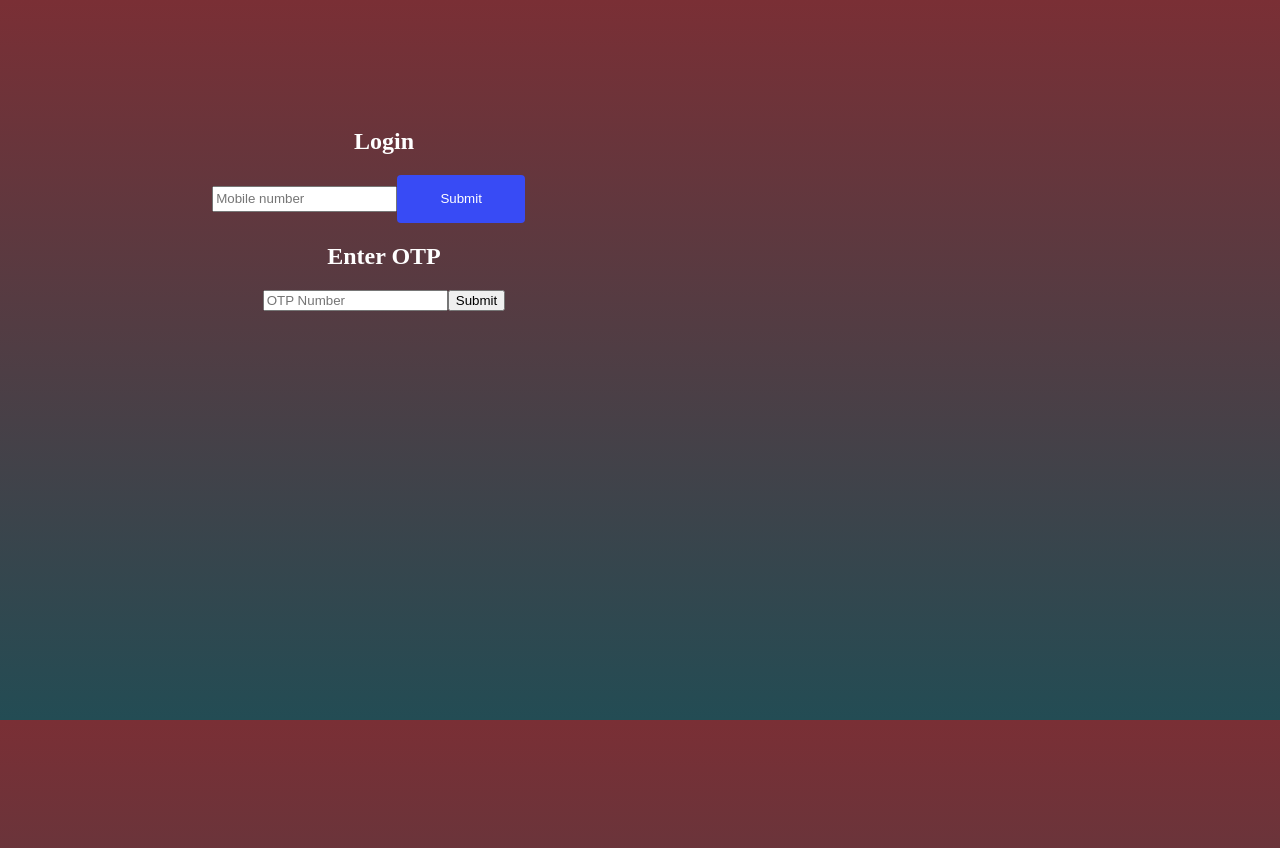
Repository: jagan607/N-Kalari
Page: /
An editor plug-in stored every save of this project. The page is shown before and after the next save, followed by the edit.
The browser window is 1280 px wide. The pictures show the whole page.
The project was rebuilt for these pictures with package versions that can differ from the ones it lists, and the page was loaded fresh each time. Also part of the build but not shown: src/App.css, src/services/user.service.js, src/actions/user.action.js, src/components/wallet/Wallet.js. Imported but missing from the stored project, and not drawn on this page: src/constants/user.constants, src/reducers/rootReducer.

Above is the page before, as saved 2022-01-08 16:29:02.

### src/index.css
body,
html,
.App,
#root,
.main {
  width: 100%;
  height:100%;
  scroll-behavior: smooth;

}
body{
    margin: 0;
    padding: 0;
    text-align: center;
    background-image: linear-gradient(#7A2F35, #234C54);
  }

### src/App.js
import logo from './logo.svg';
import './App.css';
import React, { Component } from "react"
import Login from './components/Login/Login'
import {Wallet} from './components/wallet/Wallet'
import {history} from './helpers/history'
import {Router, Route, Routes } from "react-router-dom";


class App extends Component {
  constructor(props) {
    super(props);
  }

  render() {
    return(
      <div>
        <Login></Login>

        {/* <Wallet></Wallet> */}

          {/* <Route exact path="/">
          </Route> */}
          {/* <Route exact path="/wallet">
            <Wallet/>
          </Route> */}
     </div>
    );
}
}

export default App;

### src/helpers/store.js
import { createStore, applyMiddleware, compose } from "redux";
import thunkMiddleware from "redux-thunk";
import { createLogger } from "redux-logger";
import rootReducer from "./../reducers/rootReducer";


const composeEnhancers = window.__REDUX_DEVTOOLS_EXTENSION_COMPOSE__ || compose;

const loggerMiddleware = createLogger();

export const store = createStore(
  rootReducer,
  composeEnhancers(applyMiddleware(thunkMiddleware, loggerMiddleware))
);

### src/components/Login/Login.js
import { render } from "@testing-library/react";
import React, { Component } from "react"
import {Wallet} from "../wallet/Wallet";
import firebase from './../../helpers/firebase'
import {history} from './../../helpers/history'
import styles from './index.css';

class Login extends Component{
    constructor(props){
        super(props);

    }


handleChange = (e) =>{
    const {name, value } = e.target
    this.setState({
        [name]: value
      })
  }
  configureCaptcha = () =>{
    window.recaptchaVerifier = new firebase.auth.RecaptchaVerifier('sign-in-button', {
      'size': 'invisible',
      'callback': (response) => {

        this.onSignInSubmit();
        console.log("Recaptca varified")
      },
      defaultCountry: "IN"
    });
  }
  onSignInSubmit = (e) => {
    e.preventDefault()
    this.configureCaptcha()
    const phoneNumber = "+91" + this.state.mobile
    console.log(phoneNumber)
    const appVerifier = window.recaptchaVerifier;
    firebase.auth().signInWithPhoneNumber(phoneNumber, appVerifier)
        .then((confirmationResult) => {

          window.confirmationResult = confirmationResult;
          console.log("OTP has been sent")

        }).catch((error) => {

          console.log("SMS not sent")
        });
  }
  onSubmitOTP = (e) =>{
    e.preventDefault()
    const code = this.state.otp
    console.log(code)
    window.confirmationResult.confirm(code).then((result) => {
      // User signed in successfully.
      const user = result.user;
      console.log(JSON.stringify(user))
      return <Wallet></Wallet>

    }).catch((error) => {

    });
  }

render(){
    return(
        <div className="left">
        <h2 className="Login-heading">Login</h2>
        <form onSubmit={this.onSignInSubmit}>
          {/* <div id="sign-in-button" ></div> */}
          <input className="mobile-input" type="number" name="mobile" placeholder="Mobile number" required onChange={this.handleChange}/>
          <button type="submit" className="btn-signin">Submit</button>
        </form>

        <h2>Enter OTP</h2>
        <form onSubmit={this.onSubmitOTP}>
          <input type="number" name="otp" placeholder="OTP Number" required onChange={this.handleChange}/>
          <button type="submit">Submit</button>
        </form>
      </div>
    );
}

}

export default Login;

### src/helpers/firebase.js
import firebase from 'firebase/compat/app';
import 'firebase/compat/auth';

var firebaseConfig = {
    apiKey: "AIzaSyDZjLb_085wvPOTY7agukIuBDpo2tSR5GM",
    authDomain: "nkalari-8f0ee.firebaseapp.com",
    projectId: "nkalari-8f0ee",
    storageBucket: "nkalari-8f0ee.appspot.com",
    messagingSenderId: "627102137961",
    appId: "1:627102137961:web:5232a754646159907d6cf8",
    measurementId: "G-GL01VM6V4Y"
  };

firebase.initializeApp(firebaseConfig);

export default firebase;

### src/components/Login/index.css

.left{
    width: 60%;
    color: white;
}

.mobile-input{
    height: 20px;
    opacity: 10px;
}

.btn-signin{
    margin-right: 4%;
    width: 8rem;
    height: 3rem;
    background: #384BF5;
    border-radius: 4px;
    color: white;
    border: none;
    max-width: 100%;

}

### src/components/wallet/index.css
.left{
    width: 50%;
    height: 100%;
    margin-top: 10%;

}

.heading{
    color: white;
    text-align: left;
    margin-left: 10%;
    margin-top: 3%;
}

.balance-heading{
    color :white;
    text-align: left;
    margin-left: 50%;
    margin-top: 10%;
}

.balance-value{
    color :white;
    text-align: left;
    margin-left: 50%;
    margin-top: 2%;
}

.buttons{
    width: 100%;
    float: left;
    margin-left: 10%;
    margin-top: 3%;
}

.withdraw{
    margin-right: 4%;
    width: 8rem;
    height: 3rem;
    background: #384BF5;
    border-radius: 4px;
    color: white;
    border: none;
    max-width: 100%;

}

.recharge{
    width: 8rem;
    height: 3rem;
    background-image: url("data:[embedded picture, 1436 characters]");
    color: white;
    border: none;
    border-radius: 6px;
    max-width: 100%;
}

.right{
    position:relative;
    top: 0px;
    bottom: 5%;

}

Loaded but not shown: public/index.html (common file); src/index.js (common file); src/reportWebVitals.js (common file); src/helpers/history.js (common file)

After the next save:
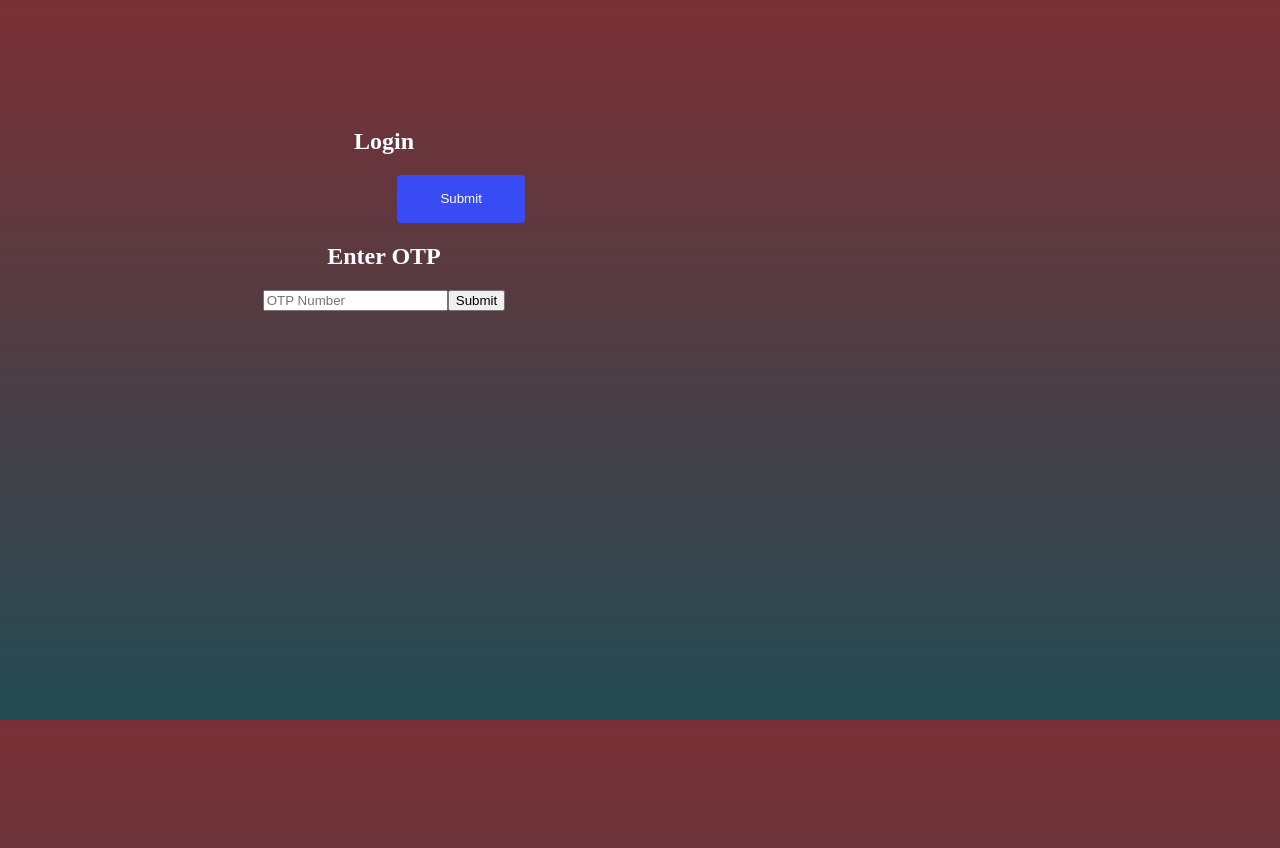
Saved 102 s later.
--- a/src/components/Login/index.css
+++ b/src/components/Login/index.css
@@ -6,7 +6,7 @@
 
 .mobile-input{
     height: 20px;
-    opacity: 10px;
+    opacity: 0;
 }
 
 .btn-signin{

After the save that followed:
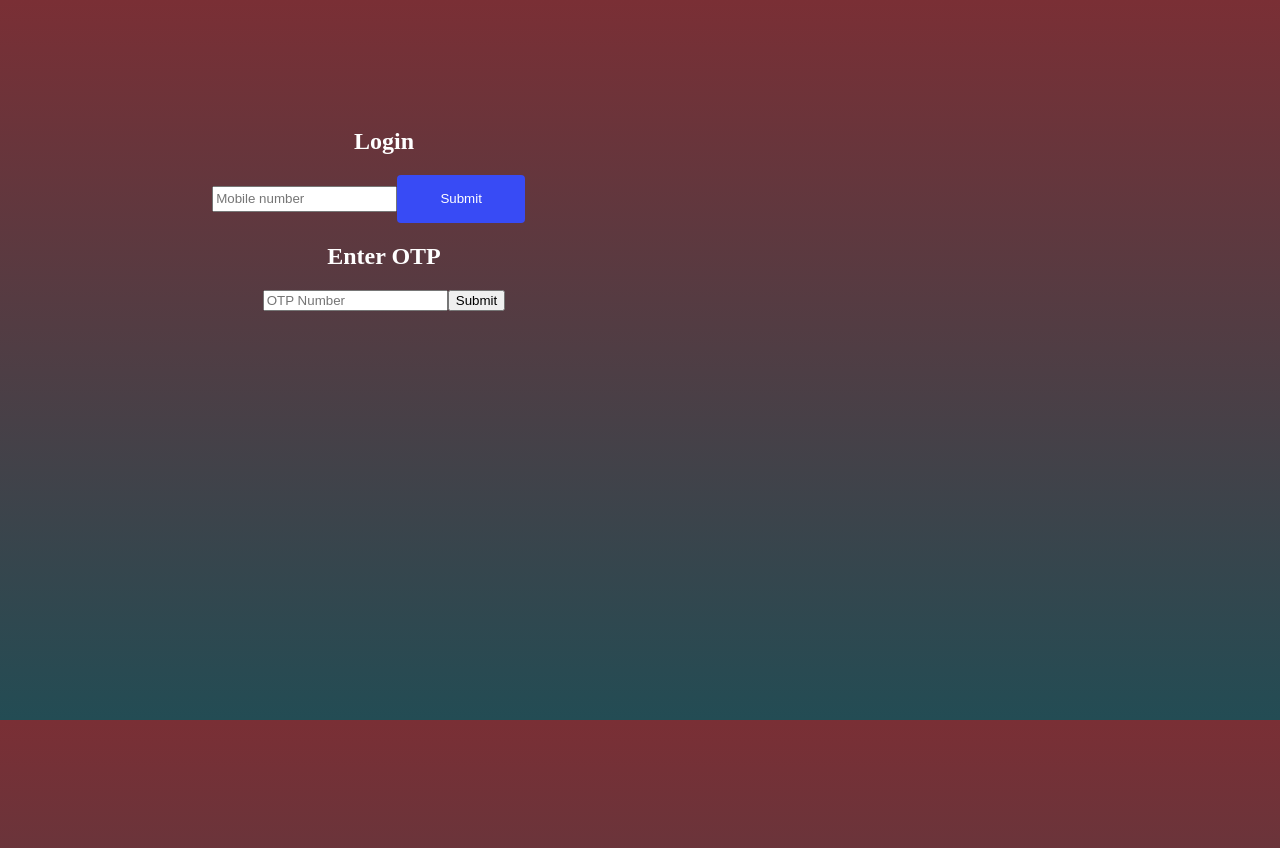
Saved 4 s later.
--- a/src/components/Login/index.css
+++ b/src/components/Login/index.css
@@ -6,7 +6,7 @@
 
 .mobile-input{
     height: 20px;
-    opacity: 0;
+    opacity: 1;
 }
 
 .btn-signin{
